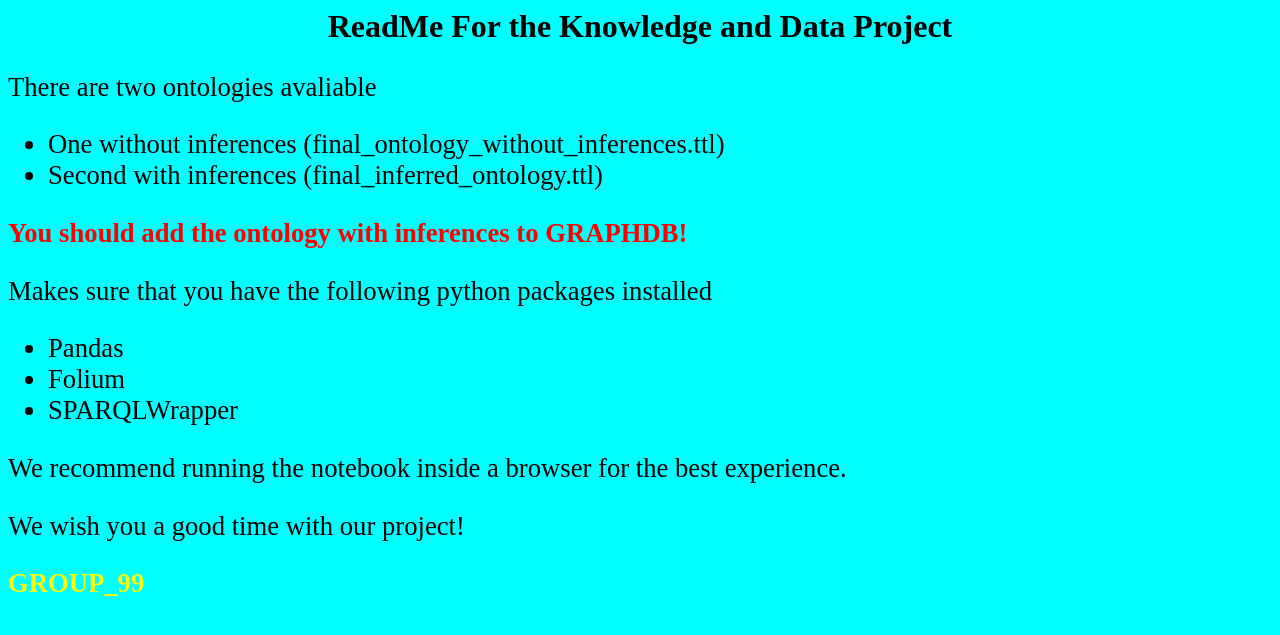
Repository: pawelpiwowarski/Knowledge_and_Data
Page: README.html
The author's editor kept a copy of each file at every save. The page is drawn from the files as they stood at one save, then again after the next save.
The browser window is 1280 px wide. The pictures show the whole page.

Above is the page before, as saved 2022-10-27 22:14:18.

After the next save:
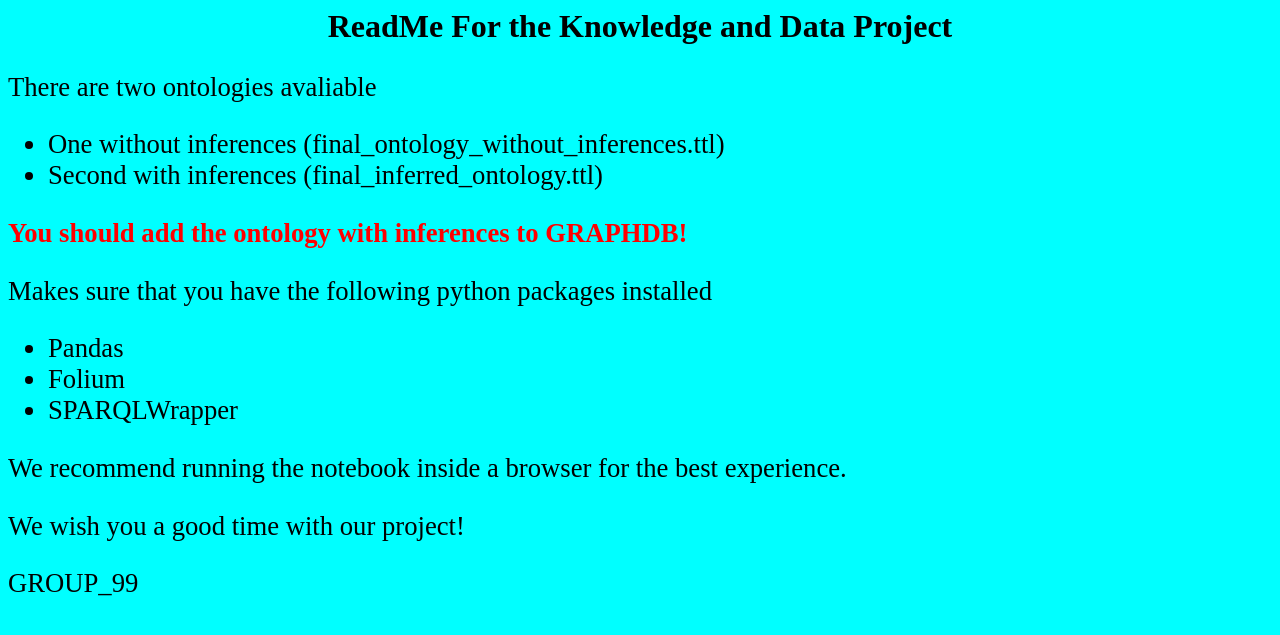
Saved 8 s later.
--- a/README.html
+++ b/README.html
@@ -59,6 +59,6 @@ SPARQLWrapper
 </ul>
 <p> We recommend running the notebook inside a browser for the best experience. <p></p>
 <p>  We wish you a good time with our project! </p>
-<p id="wishes">  GROUP_99 </p>
+<p>  GROUP_99 </p>
 </body>
 </html>
